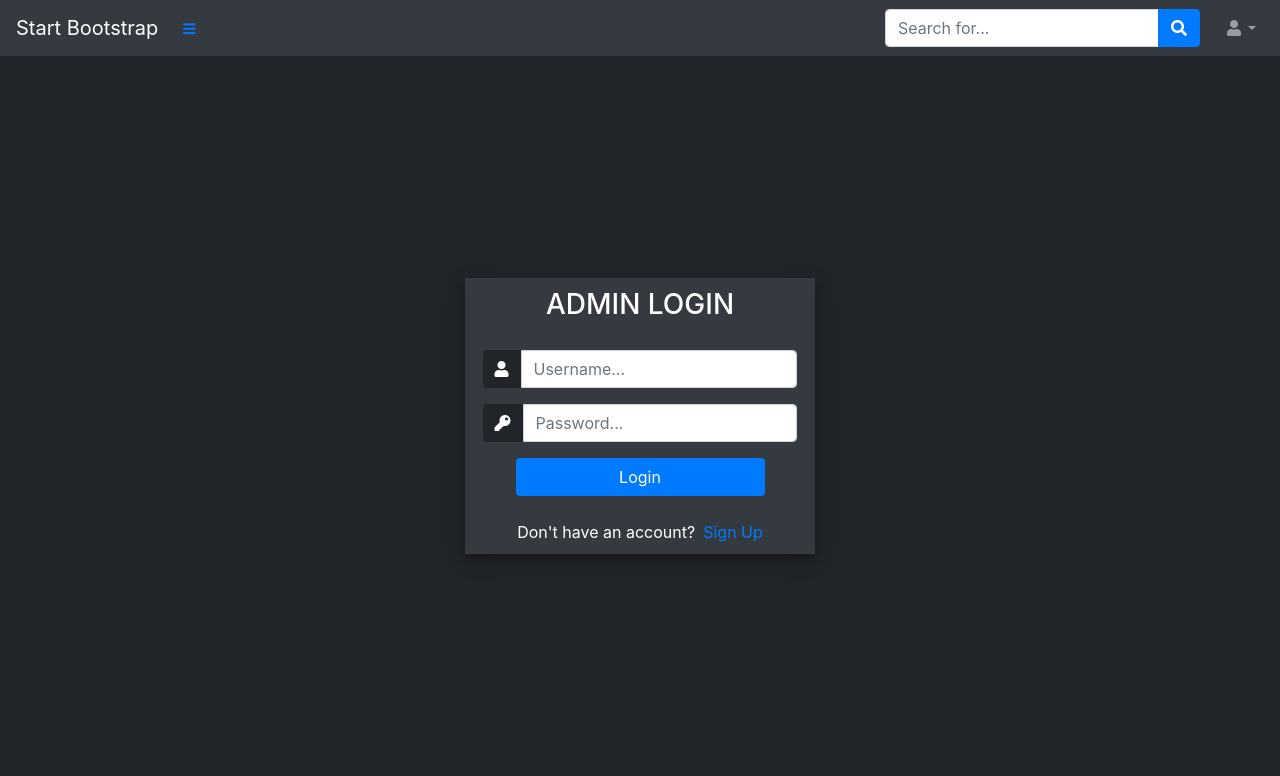
Repository: Abdaljawad-Aya/login-register-auth-validation-Django
Page: http://localhost/login/
An editor plug-in stored every save of this project. The page is shown before and after the next save, followed by the edit.
The browser window is 1280 px wide. The pictures show the whole page.
Some web libraries are served in a nearby version. The page is served by the project's application, run on Django 3.2 (project8/manage.py).

Above is the page before, as saved 2021-03-12 08:07:03.

After the next save:
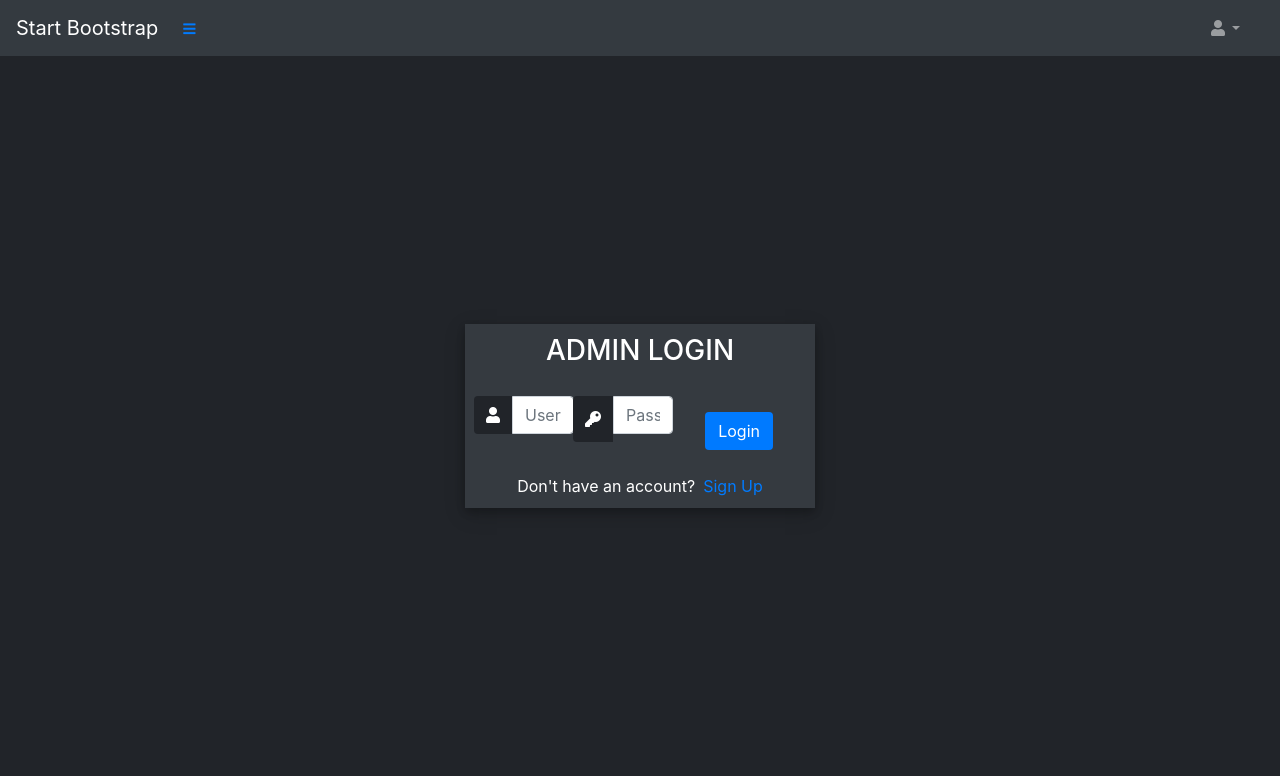
Saved 21 s later.
--- a/project8/project8/templates/login.html
+++ b/project8/project8/templates/login.html
@@ -84,13 +84,13 @@
             <button class="btn btn-link btn-sm order-1 order-lg-0" id="sidebarToggle" href="#"><i class="fas fa-bars"></i></button>
             <!-- Navbar Search-->
             <form class="d-none d-md-inline-block form-inline ml-auto mr-0 mr-md-3 my-2 my-md-0">
-                <div class="input-group">
+                {% comment %} <div class="input-group">
                     <input class="form-control" type="text" placeholder="Search for..." aria-label="Search" aria-describedby="basic-addon2" />
                     <div class="input-group-append">
                         <button class="btn btn-primary" type="button"><i class="fas fa-search"></i></button>
                     </div>
                 </div>
-            </form>
+            </form> {% endcomment %}
             <!-- Navbar-->
             <ul class="navbar-nav ml-auto ml-md-0">
                 <li class="nav-item dropdown">

After the save that followed:
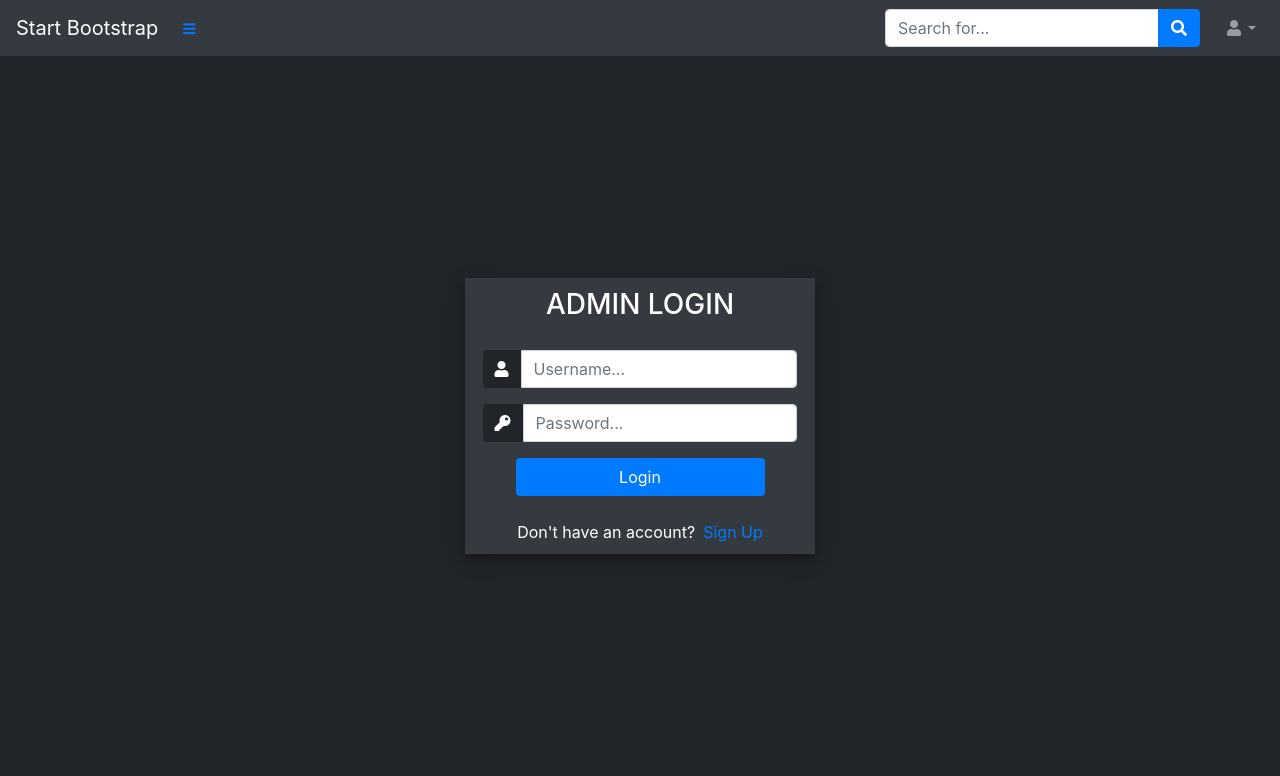
Saved 12 s later.
--- a/project8/project8/templates/login.html
+++ b/project8/project8/templates/login.html
@@ -84,13 +84,13 @@
             <button class="btn btn-link btn-sm order-1 order-lg-0" id="sidebarToggle" href="#"><i class="fas fa-bars"></i></button>
             <!-- Navbar Search-->
             <form class="d-none d-md-inline-block form-inline ml-auto mr-0 mr-md-3 my-2 my-md-0">
-                {% comment %} <div class="input-group">
+                <div class="input-group">
                     <input class="form-control" type="text" placeholder="Search for..." aria-label="Search" aria-describedby="basic-addon2" />
                     <div class="input-group-append">
                         <button class="btn btn-primary" type="button"><i class="fas fa-search"></i></button>
                     </div>
                 </div>
-            </form> {% endcomment %}
+            </form>
             <!-- Navbar-->
             <ul class="navbar-nav ml-auto ml-md-0">
                 <li class="nav-item dropdown">
